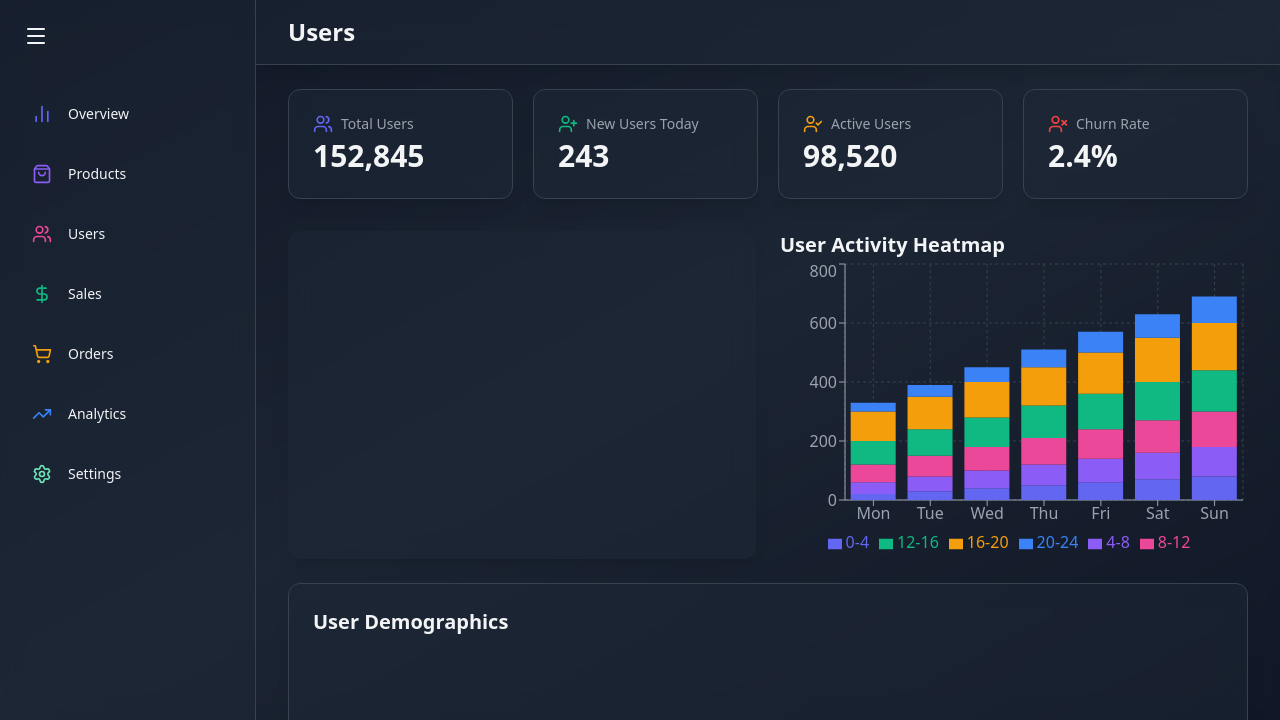
Repository: Abdirabi11/React-dashboard
Page: /users
An editor plug-in stored every save of this project. The page is shown before and after the next save, followed by the edit.
The browser window is 1280 px wide. The pictures show the whole page.
An inner scrolling area shows only its first screen. The project was rebuilt for these pictures with package versions that can differ from the ones it lists, and the page was loaded fresh each time. Also part of the build but not shown: vite.config.js, src/components/overview/SalesOverviewChart.jsx, src/components/overview/CategoryDistributionChart.jsx, src/components/overview/SalesChannelChart.jsx, src/pages/OverviewPage.jsx, src/components/products/SalesTrendChart.jsx, src/components/products/ProductsTable.jsx, src/pages/ProductsPage.jsx and 4 more.

Above is the page before, as saved 2025-07-18 21:12:40.

### src/components/common/Sidebar.jsx
import { BarChart2, DollarSign, Menu, Settings, ShoppingBag, ShoppingCart, TrendingUp, Users } from "lucide-react";
import { useState } from "react";
import { AnimatePresence, motion } from "framer-motion";
import { Link } from "react-router-dom";

const SIDEBAR_ITEMS = [
	{
		name: "Overview",
		icon: BarChart2,
		color: "#6366f1",
		href: "/",
	},
	{ name: "Products", icon: ShoppingBag, color: "#8B5CF6", href: "/products" },
	{ name: "Users", icon: Users, color: "#EC4899", href: "/users" },
	{ name: "Sales", icon: DollarSign, color: "#10B981", href: "/sales" },
	{ name: "Orders", icon: ShoppingCart, color: "#F59E0B", href: "/orders" },
	{ name: "Analytics", icon: TrendingUp, color: "#3B82F6", href: "/analytics" },
	{ name: "Settings", icon: Settings, color: "#6EE7B7", href: "/settings" },
];

const Sidebar = () => {
	const [isSidebarOpen, setIsSidebarOpen] = useState(true);

	return (
		<motion.div
			className={`relative z-10 transition-all duration-300 ease-in-out flex-shrink-0 ${
				isSidebarOpen ? "w-64" : "w-20"
			}`}
			animate={{ width: isSidebarOpen ? 256 : 80 }}
		>
			<div className='h-full bg-gray-800 bg-opacity-50 backdrop-blur-md p-4 flex flex-col border-r border-gray-700'>
				<motion.button
					whileHover={{ scale: 1.1 }}
					whileTap={{ scale: 0.9 }}
					onClick={() => setIsSidebarOpen(!isSidebarOpen)}
					className='p-2 rounded-full hover:bg-gray-700 transition-colors max-w-fit'
				>
					<Menu size={24} />
				</motion.button>

				<nav className='mt-8 flex-grow'>
					{SIDEBAR_ITEMS.map((item) => (
						<Link key={item.href} to={item.href}>
							<motion.div className='flex items-center p-4 text-sm font-medium rounded-lg hover:bg-gray-700 transition-colors mb-2'>
								<item.icon size={20} style={{ color: item.color, minWidth: "20px" }} />
								<AnimatePresence>
									{isSidebarOpen && (
										<motion.span
											className='ml-4 whitespace-nowrap'
											initial={{ opacity: 0, width: 0 }}
											animate={{ opacity: 1, width: "auto" }}
											exit={{ opacity: 0, width: 0 }}
											transition={{ duration: 0.2, delay: 0.3 }}
										>
											{item.name}
										</motion.span>
									)}
								</AnimatePresence>
							</motion.div>
						</Link>
					))}
				</nav>
			</div>
		</motion.div>
	);
};
export default Sidebar;

### src/pages/UsersPage.jsx
import { motion } from "framer-motion";
import { UserCheck, UserPlus, UsersIcon, UserX } from "lucide-react";
import Header from "../components/common/Header";
import StatCard from "../components/common/StatCard";
import UserActivityHeatmap from "../components/users/UserActivityHeatmap";
import UserDemographicsChart from "../components/users/UserDemographicsChart";
import UserGrowthChart from "../components/users/UserGrowthChart";
import UsersTable from "../components/users/UsersTable";

const userStats = {
	totalUsers: 152845,
	newUsersToday: 243,
	activeUsers: 98520,
	churnRate: "2.4%",
};

const UsersPage = () => {
	return (
		<div className="flex-1 overflow-auto relative z-10">
			<Header title='Users'/>
			<main className="max-w-7xl mx-auto py-6 px-4 lg:px-8">
				<motion.div
				 className="grid grid-cols-1 gap-5 sm:grid-cols-2 lg:grid-cols-4 mb-8"
				 initial={{ opacity: 0, y: 20 }}
				 animate={{ opacity: 1, y: 0 }}
				 transition={{ duration: 1 }}
				>
					<StatCard
					 name='Total Users'
					 icon={UsersIcon}
					 value={userStats.totalUsers.toLocaleString()}
					 color='#6366F1'
					/>
					<StatCard name='New Users Today' icon={UserPlus} value={userStats.newUsersToday} color='#10B981' />
					<StatCard
						name='Active Users'
						icon={UserCheck}
						value={userStats.activeUsers.toLocaleString()}
						color='#F59E0B'
					/>
					<StatCard name='Churn Rate' icon={UserX} value={userStats.churnRate} color='#EF4444' />
				</motion.div>
				<UsersTable />
				<div className='grid grid-cols-1 lg:grid-cols-2 gap-6 mt-8'>
					<UserGrowthChart />
					<UserActivityHeatmap />
					<UserDemographicsChart />
				</div>
			</main>
		</div>
	);
};
export default UsersPage;

### src/components/users/UserActivityHeatmap.jsx
import { Bar, BarChart, CartesianGrid, Legend, ResponsiveContainer, Tooltip, XAxis, YAxis } from "recharts";
import { motion } from "framer-motion";

const userActivityData = [
	{ name: "Mon", "0-4": 20, "4-8": 40, "8-12": 60, "12-16": 80, "16-20": 100, "20-24": 30 },
	{ name: "Tue", "0-4": 30, "4-8": 50, "8-12": 70, "12-16": 90, "16-20": 110, "20-24": 40 },
	{ name: "Wed", "0-4": 40, "4-8": 60, "8-12": 80, "12-16": 100, "16-20": 120, "20-24": 50 },
	{ name: "Thu", "0-4": 50, "4-8": 70, "8-12": 90, "12-16": 110, "16-20": 130, "20-24": 60 },
	{ name: "Fri", "0-4": 60, "4-8": 80, "8-12": 100, "12-16": 120, "16-20": 140, "20-24": 70 },
	{ name: "Sat", "0-4": 70, "4-8": 90, "8-12": 110, "12-16": 130, "16-20": 150, "20-24": 80 },
	{ name: "Sun", "0-4": 80, "4-8": 100, "8-12": 120, "12-16": 140, "16-20": 160, "20-24": 90 },
];


const UserActivityHeatmap = () => {
  return (
    <motion.div>
        <h2 className="text-xl font-semibold text-gray-100 mb-4'"> User Activity Heatmap </h2>
        <div style={{ width: "100%", height: 300 }}>
            <ResponsiveContainer>
                <BarChart data={userActivityData}>
                    <CartesianGrid strokeDasharray='3 3' stroke='#374151' />
                    <XAxis dataKey='name' stroke='#9CA3AF' />
					<YAxis stroke='#9CA3AF' />
                    <Tooltip
                        contentStyle={{
                            backgroundColor: "rgba(31, 41, 55, 0.8)",
                            borderColor: "#4B5563",
                        }}
                        itemStyle={{ color: "#E5E7EB" }}
                    />
                    <Legend />
                    <Bar dataKey='0-4' stackId='a' fill='#6366F1' />
                    <Bar dataKey='4-8' stackId='a' fill='#8B5CF6' />
                    <Bar dataKey='8-12' stackId='a' fill='#EC4899' />
					<Bar dataKey='12-16' stackId='a' fill='#10B981' />
                    <Bar dataKey='16-20' stackId='a' fill='#F59E0B' />
					<Bar dataKey='20-24' stackId='a' fill='#3B82F6' />
                </BarChart>
            </ResponsiveContainer>
        </div>
    </motion.div>
  )
}

export default UserActivityHeatmap

### src/components/users/UserDemographicsChart.jsx
import { motion } from "framer-motion";
import { PieChart, Pie, Cell, ResponsiveContainer, Tooltip, Legend } from "recharts";


const COLORS = ["#8884d8", "#82ca9d", "#ffc658", "#ff8042", "#0088FE"];

const userDemographicsData = [
	{ name: "18-24", value: 20 },
	{ name: "25-34", value: 30 },
	{ name: "35-44", value: 25 },
	{ name: "45-54", value: 15 },
	{ name: "55+", value: 10 },
];

const UserDemographicsChart = () => {
  return (
    <motion.div
        className='bg-gray-800 bg-opacity-50 backdrop-blur-md shadow-lg rounded-xl p-6 border border-gray-700 lg:col-span-2'
        initial={{ opacity: 0, y: 20 }}
        animate={{ opacity: 1, y: 0 }}
        transition={{ delay: 0.5 }}
    >
      <h2 className='text-xl font-semibold text-gray-100 mb-4'>User Demographics</h2>
		<div style={{ width: "100%", height: 300 }}>

        </div>
    </motion.div>
  )
}

export default UserDemographicsChart

### src/components/users/UserGrowthChart.jsx
import { LineChart, Line, XAxis, YAxis, CartesianGrid, Tooltip, ResponsiveContainer } from "recharts";
import { motion } from "framer-motion";

const userGrowthData = [
	{ month: "Jan", users: 1000 },
	{ month: "Feb", users: 1500 },
	{ month: "Mar", users: 2000 },
	{ month: "Apr", users: 3000 },
	{ month: "May", users: 4000 },
	{ month: "Jun", users: 5000 },
];

const UserGrowthChart = () => {
  return (
    <motion.div
      className="bg-gray-800 bg-opacity-50 backdrop-blur-md shadow-lg rounded-xl p-6 border-gray-700"
      initial={{ opacity: 0, y: 20 }}
			animate={{ opacity: 1, y: 0 }}
			transition={{ delay: 0.3 }}
    >

    </motion.div>
  )
}

export default UserGrowthChart

### src/components/users/UsersTable.jsx
import React from 'react'

const UsersTable = () => {
  return (
    <div>

    </div>
  )
}

export default UsersTable

Loaded but not shown: index.html (common file); src/main.jsx (common file); src/App.jsx (common file); src/index.css (common file); src/components/common/Header.jsx (common file); src/components/common/StatCard.jsx (common file); tailwind.config.js (common file)

After the next save:
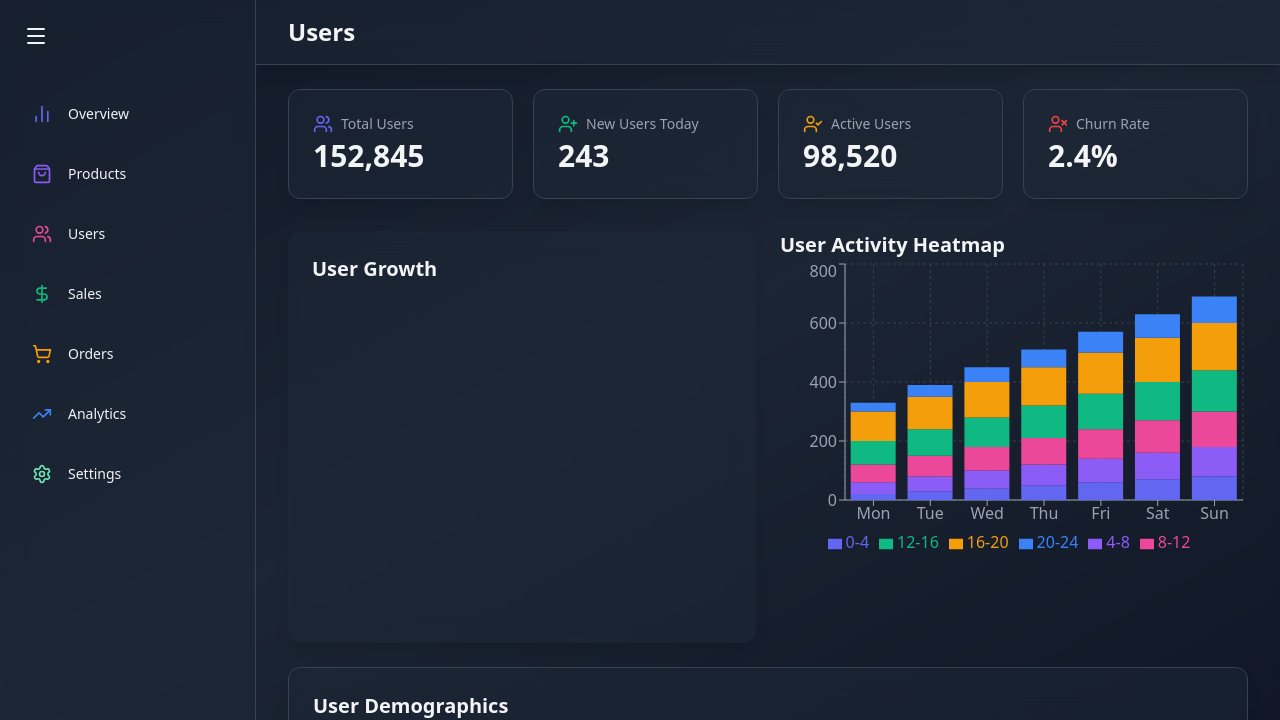
Saved 10 s later.
--- a/src/components/users/UserGrowthChart.jsx
+++ b/src/components/users/UserGrowthChart.jsx
@@ -18,7 +18,11 @@ const UserGrowthChart = () => {
 			animate={{ opacity: 1, y: 0 }}
 			transition={{ delay: 0.3 }}
     >
+      <h2 className='text-xl font-semibold text-gray-100 mb-4'>User Growth</h2>
+			<div className='h-[320px]'>
 
+
+      </div>
     </motion.div>
   )
 }
